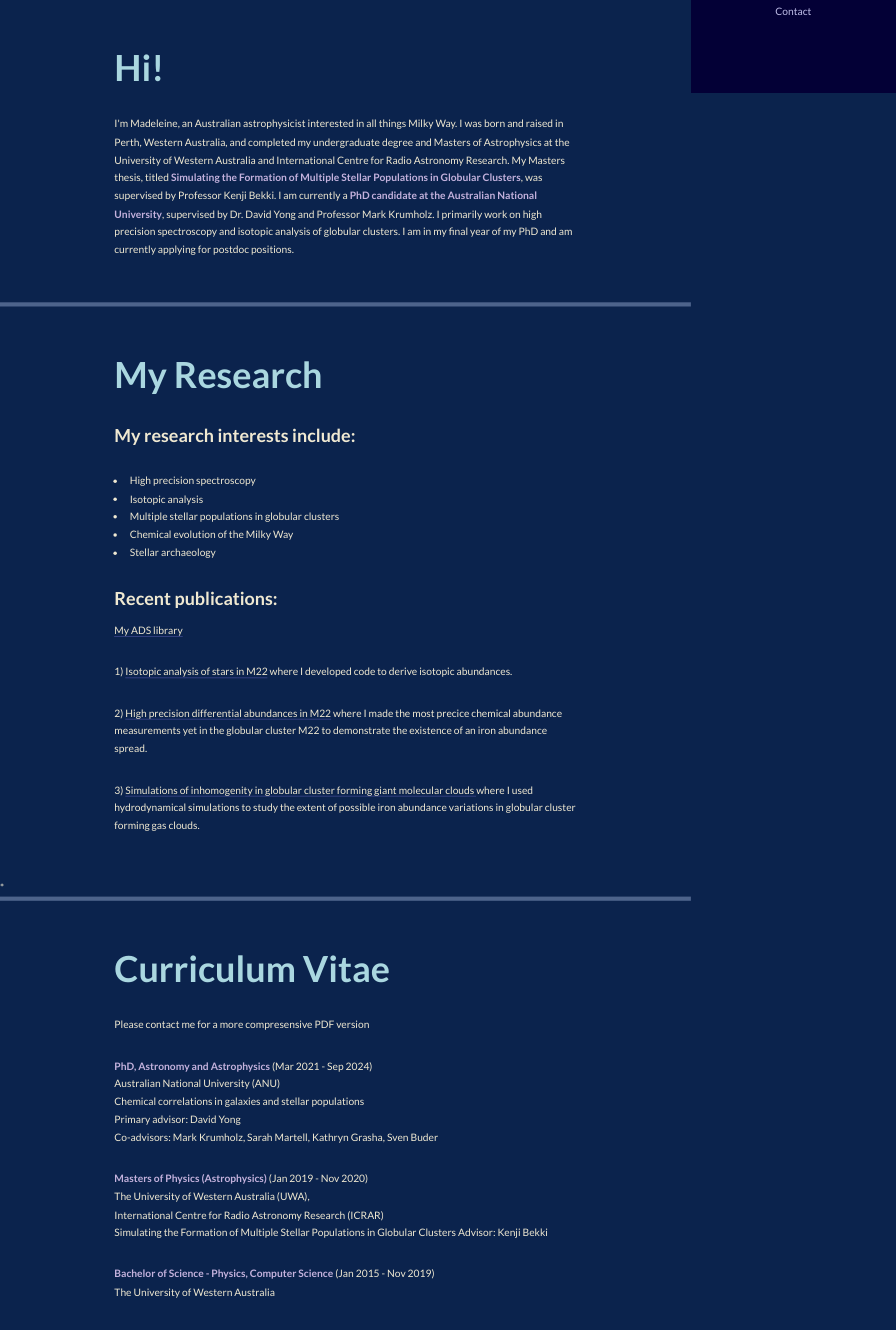
Repository: madeleine-mckenzie/madeleine-mckenzie.github.io
Page: index.html
These files come from the project's save history. The page is drawn as it stood at one moment and after the next save; the edit follows.
The browser window is 1280 px wide. The pictures show the part of the page from y = 587 to 2487 px (the page is 3337 px tall), at 70% of full size.
Backgrounds fixed to the window are drawn as part of the page.

Above is the page before, as saved 2023-11-12 16:27:24.

### index.html
<!DOCTYPE HTML>
<!--
    Read Only by HTML5 UP
    html5up.net | @ajlkn
    Free for personal and commercial use under the CCA 3.0 license (html5up.net/license)
-->
<html>
    <head>
        <title>M. McKenzie</title>
        <meta charset="utf-8" />
        <meta name="viewport" content="width=device-width, initial-scale=1, user-scalable=no" />
        <link rel="stylesheet" href="assets/css/main.css" />
        <style>
            /* Custom style */
            body {
                background: url('images/2023_ANU_3MT_20230727_ANU2022 3.jpg') no-repeat center center fixed;
                background-size: cover;
            }
        </style>
    </head>
    <body class="is-preload">

        <!-- Header -->
        <section id="header">
            <header>
                <!-- Avatar image next to name -->
                <span class="image avatar"><img src="images/IG_DP.jpeg" alt="Madeleine L. McKenzie" /></span>
                <h1>Madeleine L. McKenzie</h1>
                <p>PhD candidate at the Australian National University </p>
                <p> <a href="mailto:madeleine.mckenzie@anu.edu.au">madeleine.mckenzie@anu.edu.au</a></p>
            </header>
            <nav id="nav">
                <ul>
                    <li><a href="#one" class="active">About</a></li>
                    <li><a href="#two">My Research</a></li>
                    <li><a href="#three">CV</a></li>
                    <li><a href="#four">Resources</a></li>
                    <li><a href="#five">Contact</a></li>
                </ul>
            </nav>
        </section>

        <!-- Wrapper -->
        <div id="wrapper">

            <!-- Main -->
            <div id="main">

                <!-- One -->
                <section id="one">
                    <div class="image main" data-position="center">
                        <!-- Top banner image -->
                        <img src="images/2023_ANU_3MT_20230727_ANU2022.jpg" alt="" />
                    </div>
                    <div class="container">
                        <header class="major">
                            <h2>Hi!</h2>
                        </header>
                        <p>I'm Madeleine, an Australian astrophysicist interested in all things Milky Way. I was born and raised in Perth, Western Australia,
                            and completed my undergraduate degree and Masters of Astrophysics at the University of Western Australia and International Centre
                            for Radio Astronomy Research. My Masters thesis, titled <b>Simulating the Formation of Multiple Stellar Populations in Globular Clusters</b>, was supervised
                            by Professor Kenji Bekki. I am currently a <b>PhD candidate at the Australian National University</b>, supervised by Dr. David Yong and
                            Professor Mark Krumholz. I primarily work on high precision spectroscopy and isotopic analysis of globular clusters.
                            I am in my final year of my PhD and am currently applying for postdoc positions.
                        </p>
                    </div>
                </section>

                <!-- Two -->
                <section id="two">
                    <div class="container">
                        <header class="major">
                            <h2>My Research</h2>
                        </header>
                        <h3>My research interests include:</h3>
                        <p><ul>
                                <li>High precision spectroscopy</li>
                                <li>Isotopic analysis</li>
                                <li>Multiple stellar populations in globular clusters</li>
                                <li>Chemical evolution of the Milky Way</li>
                                <li>Stellar archaeology</li>
                            </ul>
                        <h3>Recent publications:</h3>
                        <p><a href="https://ui.adsabs.harvard.edu/user/libraries/K8q3Fv2nS-eG0YgK9U_ysw">My ADS library</a></p>

                        <p>1) <a href="https://ui.adsabs.harvard.edu/abs/2023MNRAS.tmp.2870M/abstract">Isotopic analysis of stars in M22</a> where I developed code to
                        derive isotopic abundances.</p>
                        <p>2) <a href="https://ui.adsabs.harvard.edu/abs/2022MNRAS.516.3515M/abstract">High precision differential abundances in M22</a> where I
                        made the most precice chemical abundance measurements yet in the globular cluster M22 to demonstrate the existence of an iron abundance spread.</p>
                        <p>3) <a href="https://ui.adsabs.harvard.edu/abs/2022MNRAS.516.3515M/abstract">Simulations of inhomogenity in globular cluster forming giant
                            molecular clouds </a> where I used hydrodynamical simulations to study the extent of possible iron abundance variations in
                             globular cluster forming gas clouds.</p>
                        </p>

                    </div>*
                </section>

                <!-- three -->
                <section id="three">
                    <div class="container">
                        <header class="major">
                            <h2>Curriculum Vitae</h2>
                        </header>
                        <p>Please contact me for a more compresensive PDF version</p>
                        <p><b>PhD, Astronomy and Astrophysics </b>  (Mar 2021 - Sep 2024)<br />
                            Australian National University (ANU)<br />
                            Chemical correlations in galaxies and stellar populations<br />
                            Primary advisor: David Yong<br />
                            Co-advisors: Mark Krumholz, Sarah Martell, Kathryn Grasha, Sven Buder
                        </p>
                        <p> <b>Masters of Physics (Astrophysics)</b>  (Jan 2019 - Nov 2020)<br />
                            The University of Western Australia (UWA),<br />
                            International Centre for Radio Astronomy Research (ICRAR)<br />
                            Simulating the Formation of Multiple Stellar Populations in Globular Clusters Advisor: Kenji Bekki
                        </p>
                        <p> <b>Bachelor of Science - Physics, Computer Science </b>  (Jan 2015 - Nov 2019)<br />
                            The University of Western Australia</p>
                        </p>

                    </div>
                </section>

                 <!-- four -->
                 <section id="four">
                    <div class="container">
                        <header class="major">
                            <h2>Resources & Outreach</h2>
                        </header>
                        <p>For a more compresensive PDF version, please contact me</p>
                        <!-- Icons grid here -->
                    </div>
                </section>

                <!-- Three -->
                <section id="five">
                    <div class="container">
                        <header class="major">
                            <h2>Get in touch</h2>
                        </header>
                        <p>University email: <a href="mailto:madeleine.mckenzie@anu.edu.au">madeleine.mckenzie@anu.edu.au</a></p>
                        <p>Gmail: <a href="mailto:madeleine.l.mckenzie@gmail.com">madeleine.l.mckenzie@gmail.com</a></p>
                        <p>Twitter: <a href="https://twitter.com/MadellanicCloud" target="_blank">@MadellanicCloud</a></p>
                    </div>
                </section>

            </div>

            <!-- Footer -->
            <section id="footer">
                <div class="container">
                    <ul class="icons">
                        <!-- Social media icons here -->
                        <li><a href="#" class="icon brands fa-twitter"><span class="label">Twitter</span></a></li>
                        <li><a href="#" class="icon brands fa-facebook-f"><span class="label">Facebook</span></a></li>
                        <li><a href="#" class="icon brands fa-instagram"><span class="label">Instagram</span></a></li>
                        <li><a href="#" class="icon brands fa-github"><span class="label">Github</span></a></li>
                        <li><a href="#" class="icon solid fa-envelope"><span class="label">Email</span></a></li>
                    </ul>
                    <ul class="copyright">
                        <li>&copy; M. McKenzie</li>
                        <li>Design: <a href="http://html5up.net">HTML5 UP</a></li>
                    </ul>
                </div>
            </section>

        </div>

        <!-- Scripts -->
        <script src="assets/js/jquery.min.js"></script>
        <script src="assets/js/jquery.scrollex.min.js"></script>
        <script src="assets/js/jquery.scrolly.min.js"></script>
        <script src="assets/js/browser.min.js"></script>
        <script src="assets/js/breakpoints.min.js"></script>
        <script src="assets/js/util.js"></script>
        <script src="assets/js/main.js"></script>

    </body>
</html>

Loaded but not shown: assets/css/fontawesome-all.min.css (library); assets/js/jquery.min.js (library); assets/js/jquery.scrollex.min.js (common file); assets/js/jquery.scrolly.min.js (common file); assets/js/browser.min.js (common file); assets/js/breakpoints.min.js (common file); assets/js/util.js (587 lines, source omitted); assets/js/main.js (159 lines, source omitted); assets/css/main.css (3340 lines, source omitted)

After the next save:
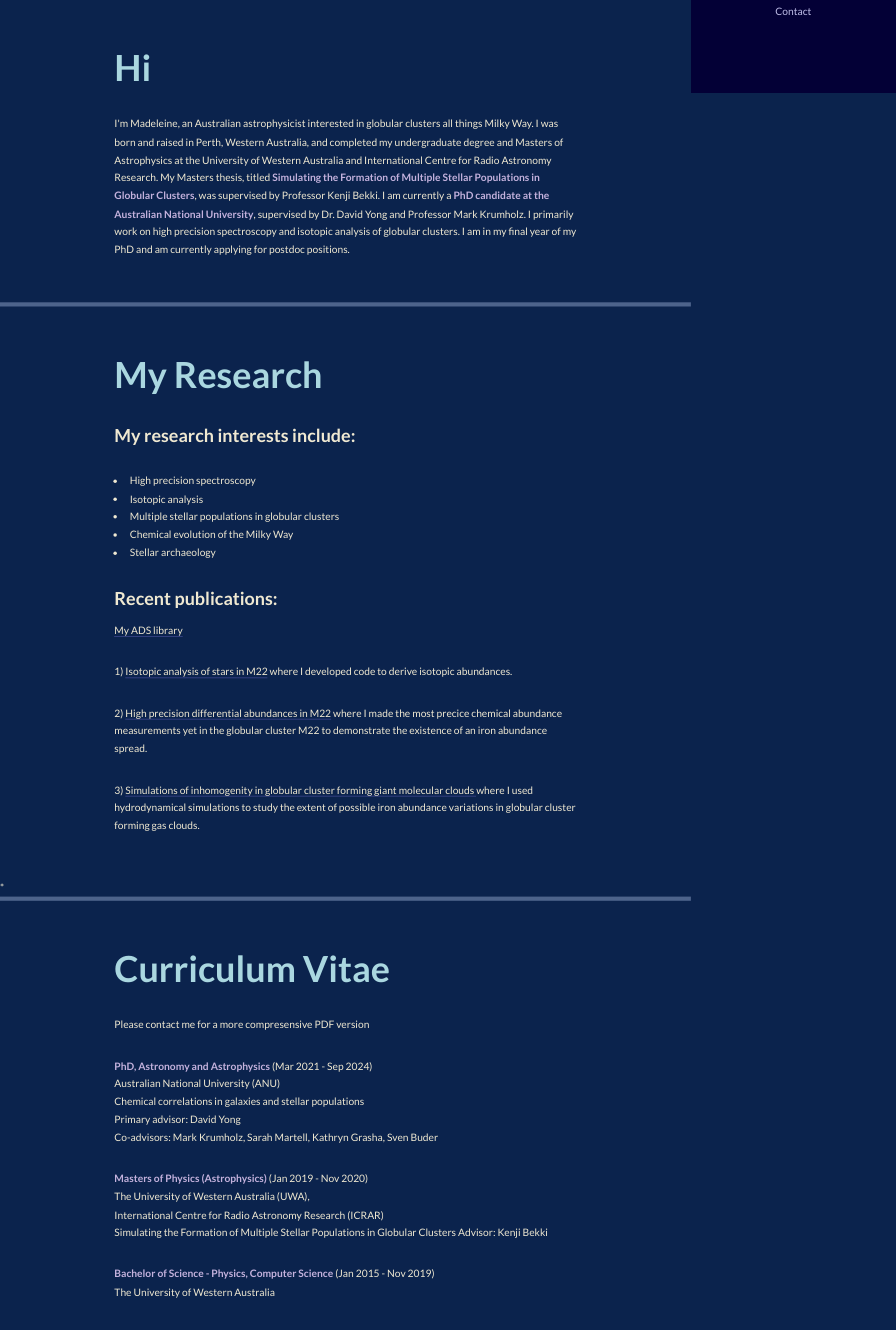
Saved 2 min 4 s later.
--- a/index.html
+++ b/index.html
@@ -54,9 +54,9 @@
                     </div>
                     <div class="container">
                         <header class="major">
-                            <h2>Hi!</h2>
+                            <h2>Hi</h2>
                         </header>
-                        <p>I'm Madeleine, an Australian astrophysicist interested in all things Milky Way. I was born and raised in Perth, Western Australia,
+                        <p>I'm Madeleine, an Australian astrophysicist interested in globular clusters all things Milky Way. I was born and raised in Perth, Western Australia,
                             and completed my undergraduate degree and Masters of Astrophysics at the University of Western Australia and International Centre
                             for Radio Astronomy Research. My Masters thesis, titled <b>Simulating the Formation of Multiple Stellar Populations in Globular Clusters</b>, was supervised
                             by Professor Kenji Bekki. I am currently a <b>PhD candidate at the Australian National University</b>, supervised by Dr. David Yong and
